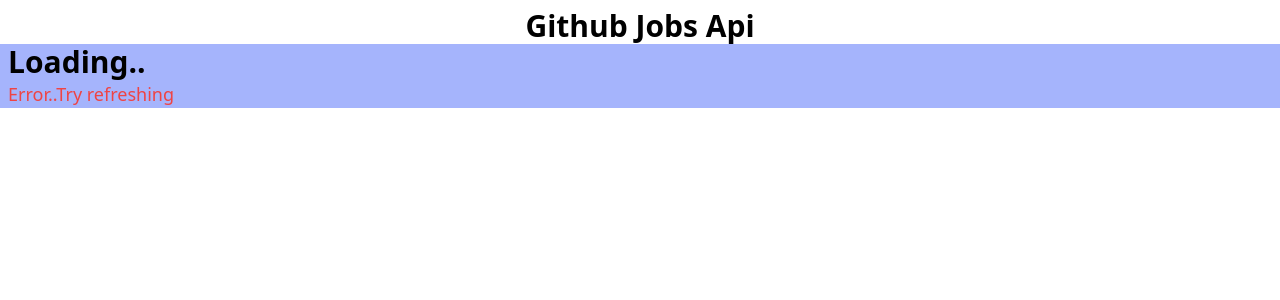
Repository: ShamroOoz/Github-job-api-React-Tailwind
Page: /
These files come from the project's save history. The page is drawn as it stood at one moment and after the next save; the edit follows.
The browser window is 1280 px wide. The pictures show the whole page.
The page's requests for data from a server got no answer. The project was rebuilt for these pictures with package versions that can differ from the ones it lists, and the page was loaded fresh each time. No one was signed in, and anything a server would have sent is missing. Also part of the build but not shown: craco.config.js.

Above is the page before, as saved 2021-03-03 14:53:01.

After the next save:
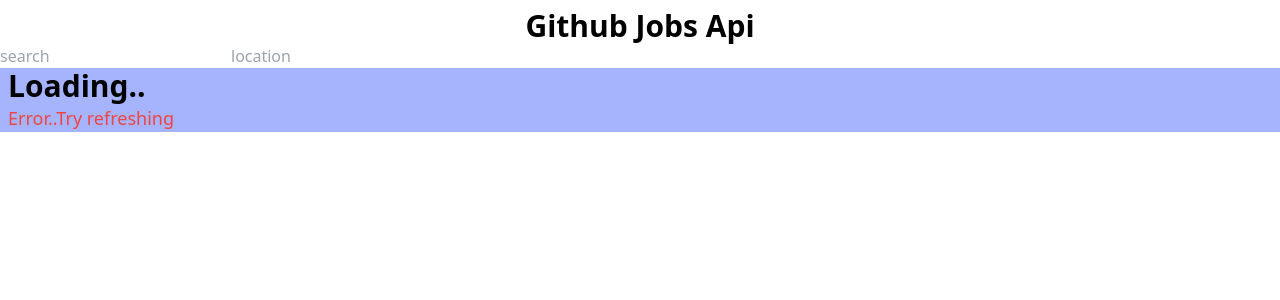
Saved 17 s later.
--- a/src/App.js
+++ b/src/App.js
@@ -1,5 +1,6 @@
 import { useFetch } from "./components/Hooks/useFetch";
 import { useState } from "react";
+import SearchForm from "./components/Hooks/SearchForm";
 
 function App() {
   const [params, setparam] = useState({});
@@ -9,6 +10,9 @@
     <>
       <div className="coantainer text-center font-bold pt-2 text-3xl ">
         <h3>Github Jobs Api</h3>
+      </div>
+      <div>
+        <SearchForm />
       </div>
       <div className="px-2 bg-indigo-300">
         {loading && <div className="text-3xl font-bold">Loading..</div>}
